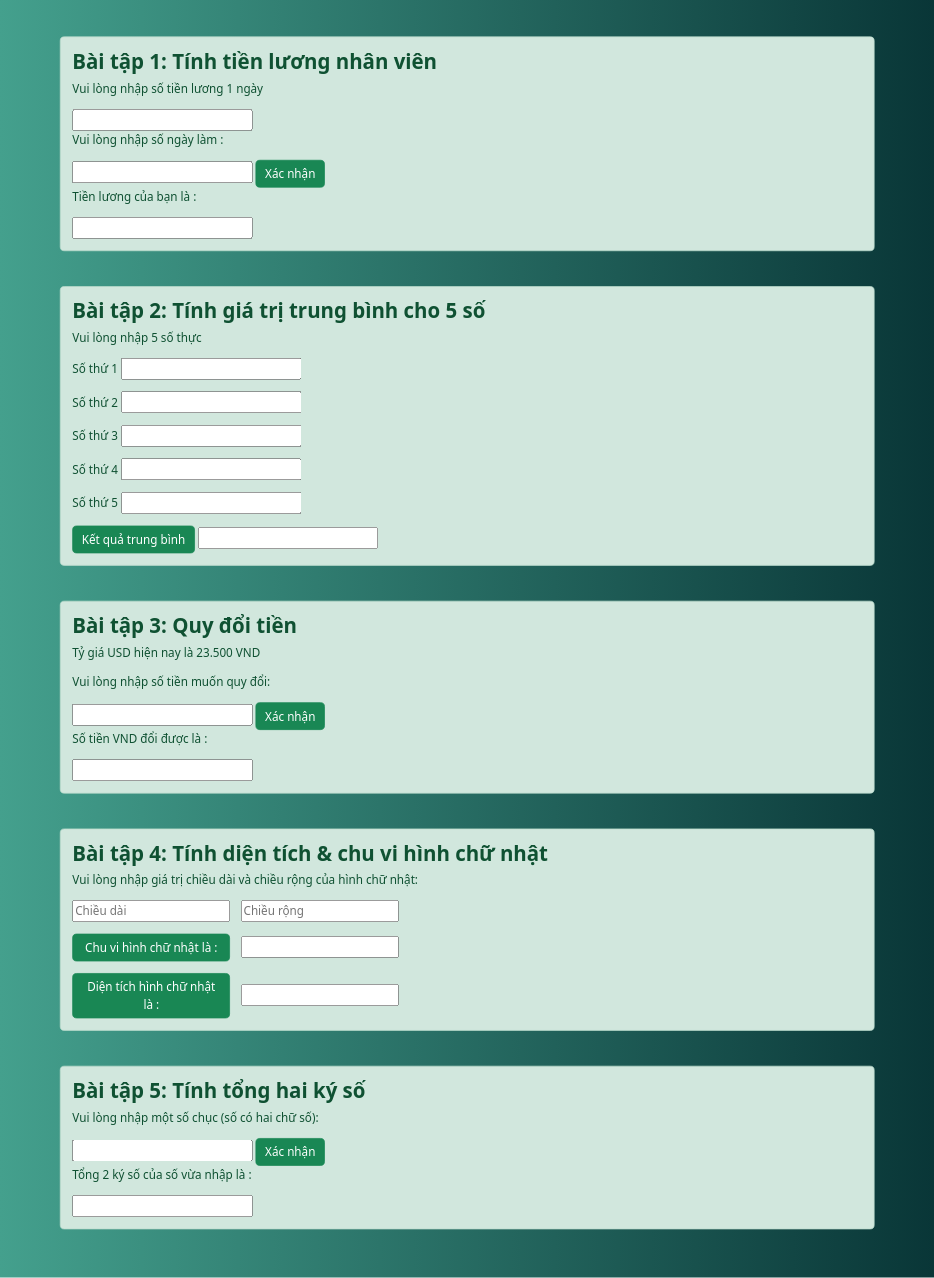
Repository: hcozyph/TranHuuPhuoc_BC43_BT_JS_Buoi2
Page: index.html
An editor plug-in stored every save of this project. The page is shown before and after the next save, followed by the edit.
The browser window is 1280 px wide. The pictures show the whole page, at 73% of full size.

Above is the page before, as saved 2023-02-03 21:13:03.

### index.html
<!DOCTYPE html>
<html lang="en">
    <head>
        <title>BT JS - Buoi 1</title>
        <!-- Required meta tags -->
        <meta charset="utf-8" />
        <meta
            name="viewport"
            content="width=device-width, initial-scale=1, shrink-to-fit=no"
        />

        <!-- font-family -->
        <link
            href="//fonts.googleapis.com/css2?family=Pacifico&amp;display=swap"
            rel="stylesheet"
        />
        <link
            href="//fonts.googleapis.com/css2?family=Quicksand:wght@300;400;500;600;700&amp;display=swap"
            rel="stylesheet"
        />

        <!-- Bootstrap CSS v5.2.1 -->
        <link
            href="https://cdn.jsdelivr.net/npm/bootstrap@5.2.1/dist/css/bootstrap.min.css"
            rel="stylesheet"
            integrity="sha384-iYQeCzEYFbKjA/T2uDLTpkwGzCiq6soy8tYaI1GyVh/UjpbCx/TYkiZhlZB6+fzT"
            crossorigin="anonymous"
        />

        <!-- FontAwesome 6.2.0 CSS -->
        <link
            rel="stylesheet"
            href="https://cdnjs.cloudflare.com/ajax/libs/font-awesome/6.2.0/css/all.min.css"
            integrity="sha512-xh6O/CkQoPOWDdYTDqeRdPCVd1SpvCA9XXcUnZS2FmJNp1coAFzvtCN9BmamE+4aHK8yyUHUSCcJHgXloTyT2A=="
            crossorigin="anonymous"
            referrerpolicy="no-referrer"
        />

        <!-- index.css -->
        <link rel="stylesheet" href="./style/index.css" />
    </head>

    <body>
        <div class="btvn">
            <!-- BT1 -->
            <div class="container">
                <!-- BT-1 -->
                <div class="BT1 alert alert-success">
                    <h1 class="fs-3 fw-bold">
                        Bài tập 1: Tính tiền lương nhân viên
                    </h1>

                    <!-- <div class="col-4"> -->
                    <p>Vui lòng nhập số tiền lương 1 ngày</p>

                    <input type="text" id="luongMotNgay" />
                    <!-- </div> -->

                    <p>Vui lòng nhập số ngày làm :</p>
                    <input type="number" id="soNgayLam" />
                    <button
                        class="btn btn-success"
                        id="btnXacNhan"
                        onclick="inputSoNgayLam()"
                    >
                        Xác nhận
                    </button>
                    <p>Tiền lương của bạn là :</p>
                    <input type="text" id="result" />
                </div>

                <!-- BT2 -->
                <div class="BT2 alert alert-success mt-5">
                    <h1 class="fs-3 fw-bold">
                        Bài tập 2: Tính giá trị trung bình cho 5 số
                    </h1>
                    <p>Vui lòng nhập 5 số thực</p>

                    <p>Số thứ 1 <input type="number" id="n1" /></p>
                    <p>Số thứ 2 <input type="number" id="n2" /></p>
                    <p>Số thứ 3 <input type="number" id="n3" /></p>
                    <p>Số thứ 4 <input type="number" id="n4" /></p>
                    <p>Số thứ 5 <input type="number" id="n5" /></p>

                    <button
                        class="btn btn-success"
                        id="btnAverage"
                        onclick="average()"
                    >
                        Kết quả trung bình
                    </button>
                    <input type="text" id="average" />
                </div>

                <!-- BT3 -->
                <div class="BT3 alert alert-success mt-5">
                    <h1 class="fs-3 fw-bold">Bài tập 3: Quy đổi tiền</h1>
                    <p>Tỷ giá USD hiện nay là 23.500 VND</p>
                    <p>Vui lòng nhập số tiền muốn quy đổi:</p>

                    <input type="number" id="inputUsd" />
                    <button
                        class="btn btn-success"
                        id="btnTradeMoney"
                        onclick="tradeMoney ()"
                    >
                        Xác nhận
                    </button>

                    <p>Số tiền VND đổi được là :</p>
                    <input type="text" id="tradeMoney" />
                </div>

                <!-- BT4 -->
                <div class="BT4 alert alert-success mt-5">
                    <h1 class="fs-3 fw-bold">
                        Bài tập 4: Tính diện tích & chu vi hình chữ nhật
                    </h1>
                    <p>
                        Vui lòng nhập giá trị chiều dài và chiều rộng của hình
                        chữ nhật:
                    </p>

                    <input type="number" id="length" placeholder="Chiều dài" />
                    <input
                        style="margin-left: 10px"
                        type="number"
                        id="width"
                        placeholder="Chiều rộng"
                    />

                    <div class="chuVi mt-3">
                        <button class="btn btn-success" onclick="chuVi()">
                            Chu vi hình chữ nhật là :
                        </button>
                        <input type="number" id="chuVi" id="ketQua" />
                    </div>

                    <div class="dienTich mt-3">
                        <button class="btn btn-success" onclick="dienTich()">
                            Diện tích hình chữ nhật là :
                        </button>
                        <input type="number" id="dienTich" />
                    </div>
                </div>

                <!-- BT5 -->
                <div class="BT5 alert alert-success mt-5">
                    <h1 class="fs-3 fw-bold">Bài tập 5: Tính tổng hai ký số</h1>
                    <p>Vui lòng nhập một số chục (số có hai chữ số):</p>
                    <input type="number" id="inputSoChuc" />
                    <button class="btn btn-success" onclick="tong2KySo()">
                        Xác nhận
                    </button>
                    <p>Tổng 2 ký số của số vừa nhập là :</p>
                    <input type="number" id="tong2KySo" />
                </div>
            </div>
        </div>

        <!-- Bootstrap JavaScript Libraries -->
        <script
            src="https://cdn.jsdelivr.net/npm/@popperjs/core@2.11.6/dist/umd/popper.min.js"
            integrity="sha384-oBqDVmMz9ATKxIep9tiCxS/Z9fNfEXiDAYTujMAeBAsjFuCZSmKbSSUnQlmh/jp3"
            crossorigin="anonymous"
        ></script>

        <script
            src="https://cdn.jsdelivr.net/npm/bootstrap@5.2.1/dist/js/bootstrap.min.js"
            integrity="sha384-7VPbUDkoPSGFnVtYi0QogXtr74QeVeeIs99Qfg5YCF+TidwNdjvaKZX19NZ/e6oz"
            crossorigin="anonymous"
        ></script>

        <!-- js customize -->
        <script src="./index.js"></script>
    </body>
</html>

### style/index.css
.btvn {
    background: linear-gradient(to right, rgb(68, 160, 141), rgb(9, 54, 55));
    background-repeat: no-repeat;
    background-size: cover;
    margin: 0 auto;
    padding: 50px;
}
body input {
    padding-right: 10px;
}
.BT4 input {
    width: 20%;
}
.chuVi button,
.chuVi input {
    width: 20%;
    margin-right: 10px;
}

.dienTich button,
.dienTich input {
    width: 20%;
    margin-right: 10px;
}

### index.js
//BT1: Tính tiền lương nhân viên
function inputSoNgayLam () {
    //input:
    var soNgayLam = document.getElementById('soNgayLam').value;
    var luongMotNgay = document.getElementById('luongMotNgay').value;

    //output:
    var result = 0;

    //progress
    var result = parseInt(soNgayLam) * parseInt(luongMotNgay);

    document.getElementById('result').value = result.toLocaleString() + ' VND';
}

//BT2: Tính trung bình cộng 5 số
function average () {
    //input:
    var n1 = document.getElementById('n1').value;
    var n2 = document.getElementById('n2').value;
    var n3 = document.getElementById('n3').value;
    var n4 = document.getElementById('n4').value;
    var n5 = document.getElementById('n5').value;
    //output:
    var average = 0;
    const soLuongInput = 5;

    //progress
    var sum = parseFloat(n1) + parseFloat(n2) + parseFloat(n3) + parseFloat(n4) + parseFloat(n5);

    var average =  sum / parseFloat(soLuongInput) ;

    document.getElementById('average').value = average;
}

//BT3: Quy đổi tiền
function tradeMoney () {
    //input
    var inputUsd = document.getElementById('inputUsd').value;
    const tyGia = 23500;

    //output
    var tradeMoney = 0;

    //progress
    var tradeMoney = parseInt(inputUsd) * parseInt(tyGia);
    document.getElementById('tradeMoney').value = tradeMoney.toLocaleString() + ' VND';
}

//BT4: Tính chu vi & diện tích hình chữ nhật
function chuVi () {
    // input
    var length = document.getElementById('length').value;
    var width = document.getElementById('width').value;

    //output
    var chuVi = ( parseInt(length) + parseInt(width) ) * 2;

    //progress
    document.getElementById('chuVi').value = chuVi.toLocaleString();
}


function dienTich () {
    // input
    var length = document.getElementById('length').value;
    var width = document.getElementById('width').value;

    //output
    var dienTich = parseInt(length) * parseInt(width) ;

    //progress
    document.getElementById('dienTich').value = dienTich.toLocaleString();
}


//BT5: Tính tổng hai ký số
function tong2KySo () {
    //input
    var inputSoChuc = document.getElementById('inputSoChuc').value;
    var hangChuc = 0;
    var hangDonVi = 0;

    //output
    var tong2KySo = 0;

    //progress
    var hangChuc = Math.floor(Number(inputSoChuc)/10)
    var hangDonVi = Math.floor(Number(inputSoChuc)%10)
    var tong2KySo = parseInt(hangChuc) + parseInt(hangDonVi);

    document.getElementById('tong2KySo').value = tong2KySo;
}
/*
Link vercel:
https://tran-huu-phuoc-bc-43-bt-js-buoi1.vercel.app/
*/

After the next save:
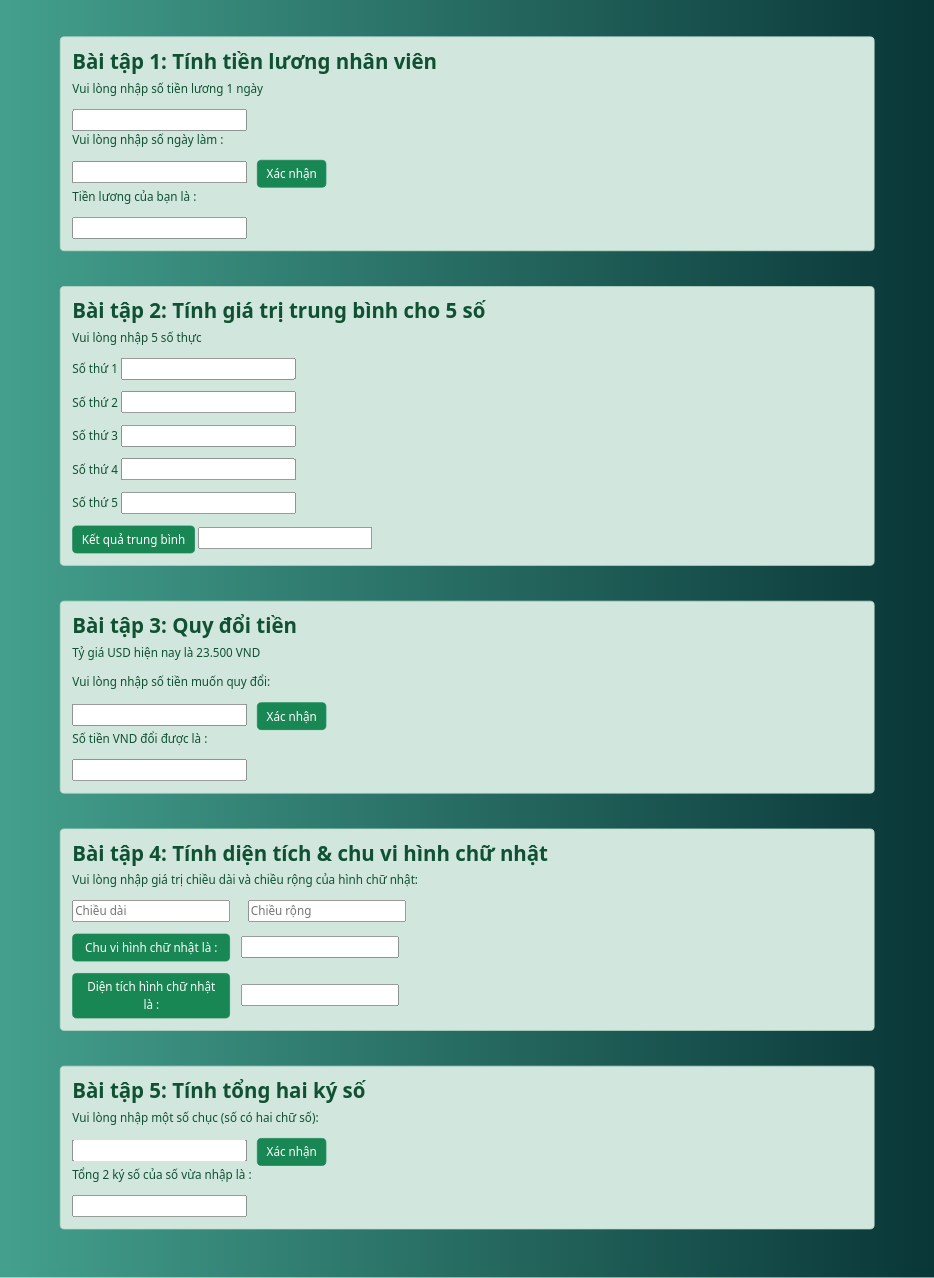
Saved 12 s later.
--- a/style/index.css
+++ b/style/index.css
@@ -6,7 +6,7 @@
     padding: 50px;
 }
 body input {
-    padding-right: 10px;
+    margin-right: 10px;
 }
 .BT4 input {
     width: 20%;
